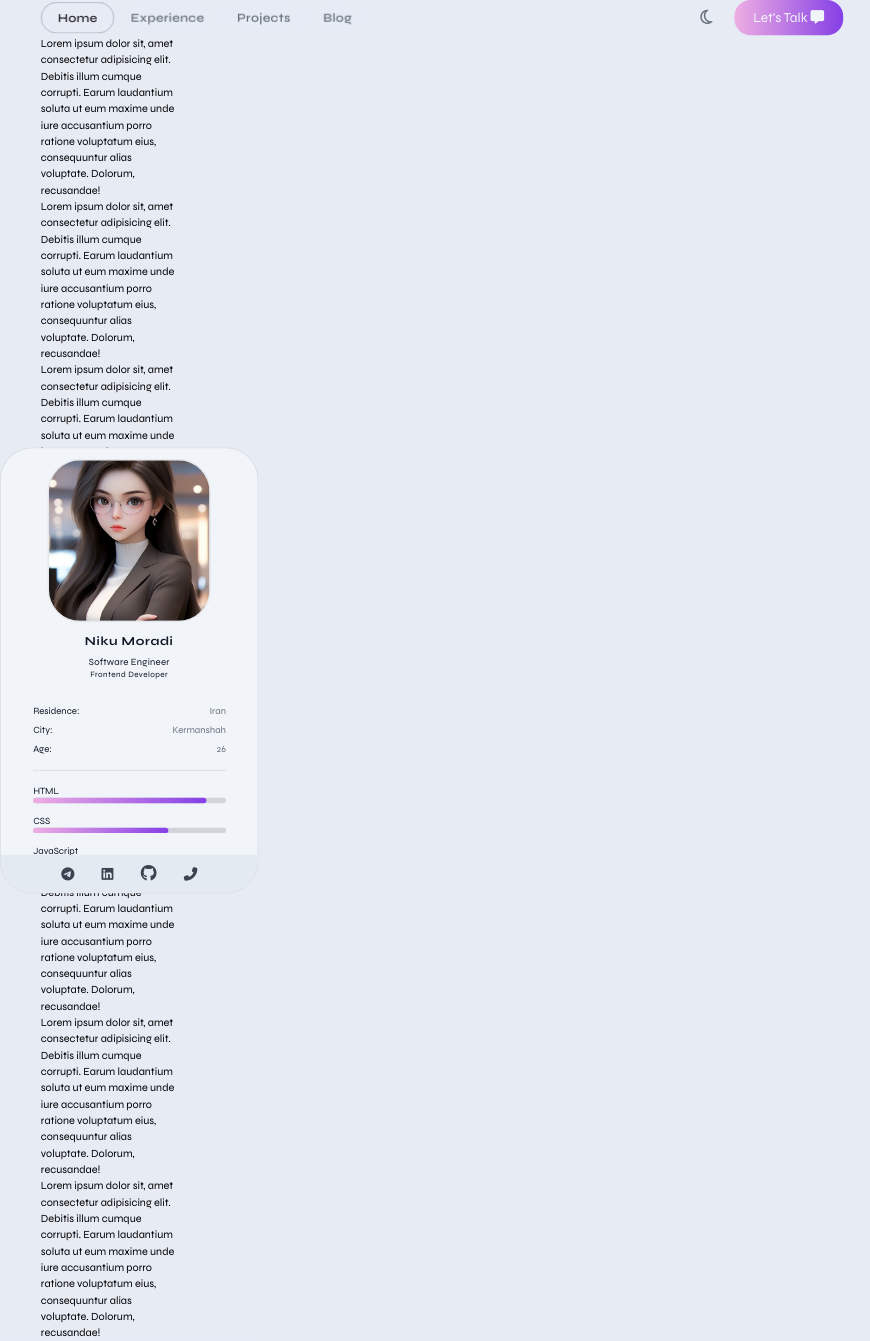
Repository: NikuMoradi/niku-moradi
Page: /
These files come from the project's save history. The page is drawn as it stood at one moment and after the next save; the edit follows.
The browser window is 1280 px wide. The pictures show the whole page, at 68% of full size.
The project was rebuilt for these pictures with package versions that can differ from the ones it lists, and the page was loaded fresh each time. The framework's server and built-in components were replaced by stand-ins that run in the browser. Also part of the build but not shown: nuxt.config.ts, components/Blog Posts/Component-Design.vue, components/Blog.vue, components/Contact.vue, components/Education.vue, components/Experience.vue, components/Hero.vue, components/Menu.vue and 4 more.

Above is the page before, as saved 2024-12-02 17:38:22.

After the next save:
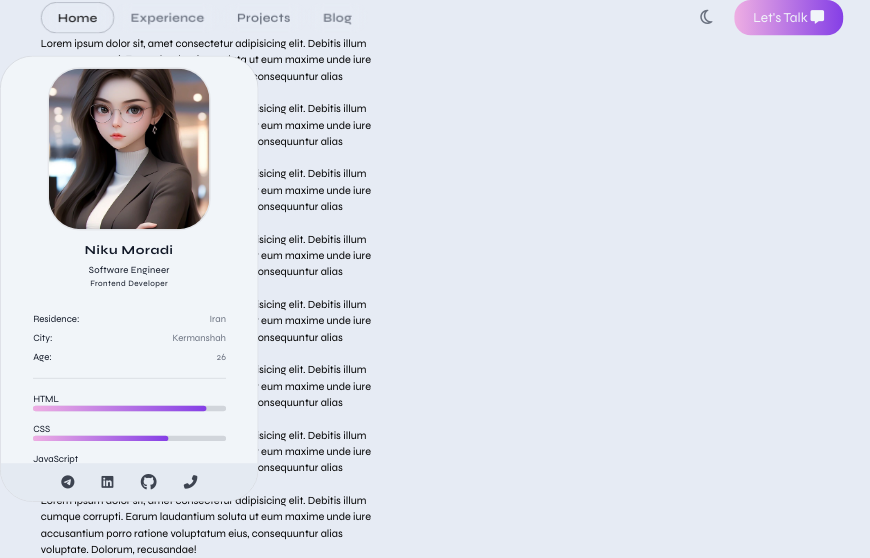
Saved 4 s later.
--- a/layouts/default.vue
+++ b/layouts/default.vue
@@ -12,7 +12,7 @@
         <!-- This Navbar is always at the top and the main content scrolls behind it -->
         <Navbar />
       </div>
-      <div class="min-h-screen overflow-y-auto w-[200px]">
+      <div class="min-h-screen overflow-y-auto w-[500px]">
         <p>
           Lorem ipsum dolor sit, amet consectetur adipisicing elit. Debitis
           illum cumque corrupti. Earum laudantium soluta ut eum maxime unde iure
